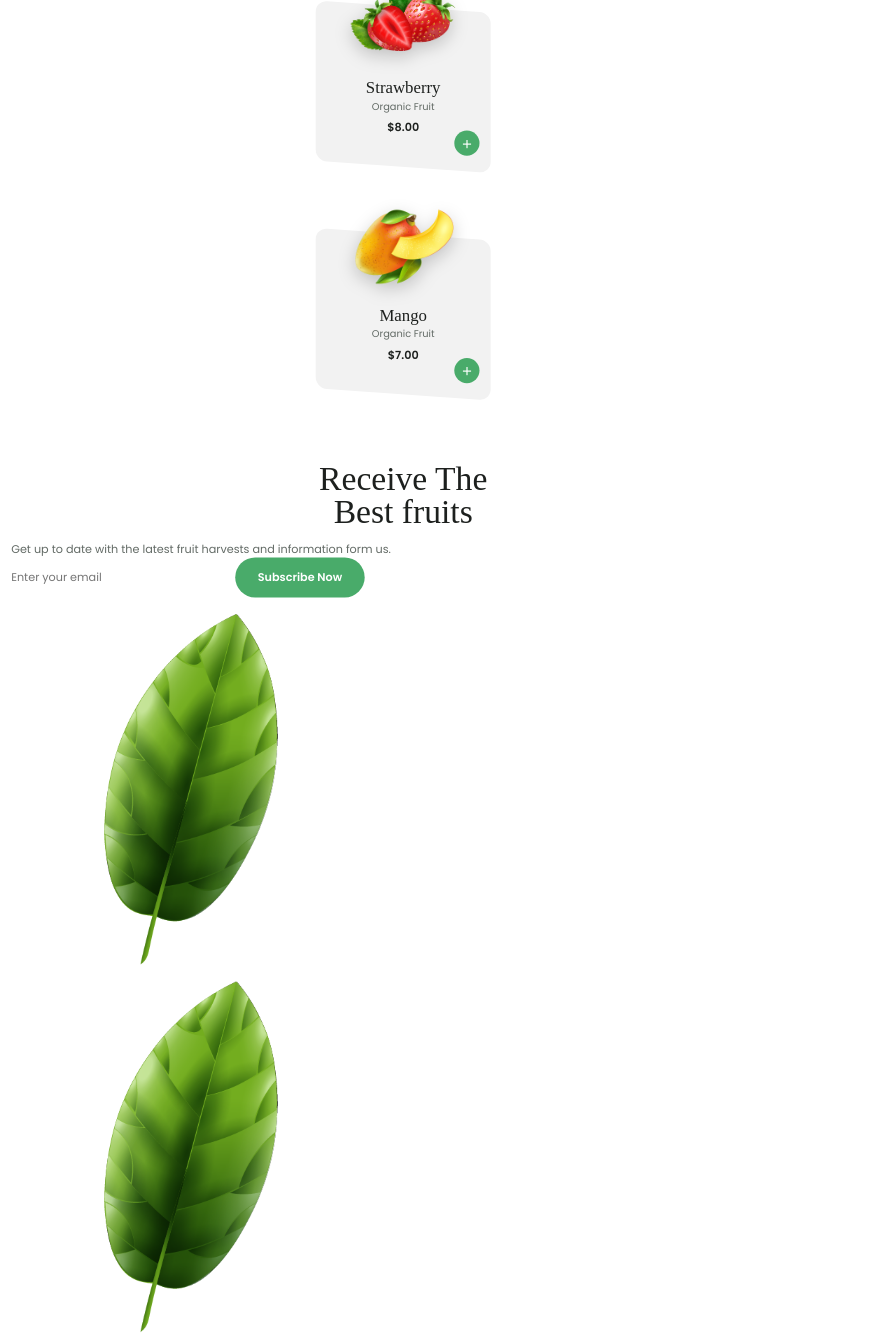
Repository: dinhhaidh/fruit
Page: index.html
These files come from the project's save history. The page is drawn as it stood at one moment and after a run of saves; the edit follows.
The browser window is 1280 px wide. The pictures show the part of the page from y = 3928 to 5848 px (the page is 5848 px tall before and 5089 px after), at 70% of full size.
Some web fonts or font styles are not loaded; a fallback is used.

Above is the page before, as saved 2024-02-19 09:46:41.
Console error: ReferenceError: ScrollReveal is not defined

### index.html
<!DOCTYPE html>
<html lang="en">
<head>
    <meta charset="UTF-8">
    <meta name="viewport" content="width=device-width, initial-scale=1.0">

    <!--=============== FAVICON ===============-->
    <link rel="shortcut icon" href="assets/img/favicon.png" type="image/x-icon">

    <!--=============== REMIXICONS ===============-->
    <link rel="stylesheet" href="https://cdnjs.cloudflare.com/ajax/libs/remixicon/3.5.0/remixicon.css" crossorigin="">

    <!--=============== CSS ===============-->
    <link rel="stylesheet" href="./css/style.css">

    <title>Responsive fruit website - Bedimcode</title>
</head>
<body>
    <!--==================== HEADER ====================-->
    <header class="header" id="header">
        <nav class="nav container">
            <a href="#" class="nav__logo">
                <img src="./img/logo.png" alt=""> Fruit
            </a>
            <div class="nav__menu" id="nav-menu">
                <ul class="nav__list">
                    <li class="nav__item">
                        <a href="#Home" class="nav__link">Home</a>
                    </li>
                    <li class="nav__item">
                        <a href="#enjoy" class="nav__link">About Us</a>
                    </li>
                    <li class="nav__item">
                        <a href="#popular" class="nav__link">Popular</a>
                    </li>
                    <li class="nav__item">
                        <a href="#join" class="nav__link">Join Us</a>
                    </li>
                </ul>

                <a href="#" class="nav__close" id="nav-close">
                    <i class="ri-close-line"></i>
                </a>

                <img src="./img/branch-2.png" alt="" class="nav__img-1">
                <img src="./img/fruit-line-1.png" alt="" class="nav__img-2">
            </div>

            <div class="nav__buttons">

                <i class="ri-moon-line theme__button" id="theme-button"></i>

                <div class="nav__toggle" id="nav-toggle">
                    <i class="ri-apps-2-line"></i>
                </div>
            </div>
        </nav>
    </header>

    <!--==================== MAIN ====================-->
    <main class="main">
        <!--==================== HOME ====================-->
        <section class="home section" id="home">
            <div class="home__container container grid">
                <div class="home__data">
                    <h1 class="home__title">Enjoy The <br>
                        Best Fresh <br>
                        Fruits
                    </h1>
                    <p class="home__desc">Enjoy the best organic fruits harvested with the best possible quality, obtaining unique and delicious favours</p>
                    <img src="./img/fruit-line-2.png" alt="image" class="home__fruit">
                    <a href="#" class="button">
                        Order Fruit Now
                    </a>
                </div>
                <img src="./img/home-fruits.png" alt="image" class="home__img">
            </div>
            <img src="./img/branch-2.png" alt="image" class="home__branch">
        </section>

        <!--==================== ENJOY ====================-->
        <section class="enjoy section">
            <h2 class="section__title">Eat And Enjoy</h2>
            <div class="enjoy__container container grid">
                <article class="enjoy__card">
                    <div class="enjoy__bg"></div>

                    <img src="./img/enjoy-1.png" alt="" class="enjoy__img">
                    <h3 class="enjoy__title">Healthy</h3>
                    <span class="enjoy__subtitle">Tropical Fruit</span>
                </article>
                <article class="enjoy__card">
                    <div class="enjoy__bg"></div>

                    <img src="./img/enjoy-2.png" alt="" class="enjoy__img">
                    <h3 class="enjoy__title">Healthy</h3>
                    <span class="enjoy__subtitle">Tropical Fruit</span>
                </article>
                <article class="enjoy__card">
                    <div class="enjoy__bg"></div>

                    <img src="./img/enjoy-3.png" alt="" class="enjoy__img">
                    <h3 class="enjoy__title">Healthy</h3>
                    <span class="enjoy__subtitle">Tropical Fruit</span>
                </article>
            </div>
        </section>

        <!--==================== ABOUT US ====================-->
        <section class="about section" id="about">
            <div class="about__container container grid">
                <div class="about__data">
                    <h2 class="section__title">
                        We Provide <br>
                        Healthy Fruits
                    </h2>
                    <p class="about__desc">Lorem ipsum dolor sit amet, consectetur adipisicing elit. Iusto voluptatum officia non dolores illum, hic necessitatibus sit? Sapiente, voluptatem nisi!</p>
                    <a href="#" class="button">Know More</a>
                    <img src="./img/fruit-line-1.png" alt="image" class="about__fruit">
                </div>
                <img src="./img/about-fruits.png" alt="image" class="about__img">
            </div>
            <img src="./img/branch-1.png" alt="image" class="about__branch">

        </section>

        <!--==================== POPULAR ====================-->
        <section class="popular section" id="popular">
            <h2 class="section__title">Popular Fruits</h2>
            <div class="popular__container container grid">
                <article class="popular__card">
                    <div class="popular__bg"></div>

                    <img src="./img/popular-1.png" alt="" class="popular__img">
                    <h2 class="popular__title">Apple</h2>
                    <span class="popular__subtitle">Organic Fruit</span>
                    <h3 class="popular__price">$4.00</h3>
                    <a href="#" class="popular__button button">
                        <i class="ri-add-line"></i>
                    </a>
                </article>
                <article class="popular__card">
                    <div class="popular__bg"></div>

                    <img src="./img/popular-2.png" alt="" class="popular__img">
                    <h2 class="popular__title">Watermelon</h2>
                    <span class="popular__subtitle">Organic Fruit</span>
                    <h3 class="popular__price">$7.00</h3>
                    <a href="#" class="popular__button button">
                        <i class="ri-add-line"></i>
                    </a>
                </article>

                <article class="popular__card">
                    <div class="popular__bg"></div>

                    <img src="./img/popular-3.png" alt="" class="popular__img">
                    <h2 class="popular__title">Pineapple</h2>
                    <span class="popular__subtitle">Organic Fruit</span>
                    <h3 class="popular__price">$5.00</h3>
                    <a href="#" class="popular__button button">
                        <i class="ri-add-line"></i>
                    </a>
                </article>

                <article class="popular__card">
                    <div class="popular__bg"></div>

                    <img src="./img/popular-4.png" alt="" class="popular__img">
                    <h2 class="popular__title">Banana</h2>
                    <span class="popular__subtitle">Organic Fruit</span>
                    <h3 class="popular__price">$3.00</h3>
                    <a href="#" class="popular__button button">
                        <i class="ri-add-line"></i>
                    </a>
                </article>

                <article class="popular__card">
                    <div class="popular__bg"></div>

                    <img src="./img/popular-5.png" alt="" class="popular__img">
                    <h2 class="popular__title">Strawberry</h2>
                    <span class="popular__subtitle">Organic Fruit</span>
                    <h3 class="popular__price">$8.00</h3>
                    <a href="#" class="popular__button button">
                        <i class="ri-add-line"></i>
                    </a>
                </article>

                <article class="popular__card">
                    <div class="popular__bg"></div>

                    <img src="./img/popular-6.png" alt="" class="popular__img">
                    <h2 class="popular__title">Mango</h2>
                    <span class="popular__subtitle">Organic Fruit</span>
                    <h3 class="popular__price">$7.00</h3>
                    <a href="#" class="popular__button button">
                        <i class="ri-add-line"></i>
                    </a>
                </article>

            </div>
        </section>

        <!--==================== JOIN US ====================-->
        <section class="join section" id="join">
            <div class="join__container container grid">
                <div class="join__content grid">
                    <div class="join__data">
                        <h2 class="section__title">Receive The <br>
                            Best fruits</h2>
                            <p class="join__desc">
                                Get up to date with the latest fruit harvests and information form us.
                            </p>
                            <form action="">
                                <input type="email" placeholder="Enter your email" class="join__input">
                                <a href="#" class="join__button button">Subscribe Now</a>
                            </form>
                    </div>
                </div>
                <img src="./img/leaf.png" alt="" class="join__img-1">
                <img src="./img/leaf.png" alt="" class="join__img-2">
            </div>

        </section>
    </main>

    <!--==================== FOOTER ====================-->
    <footer class="footer">

    </footer>

    <!--========== SCROLL UP ==========-->


    <!--=============== SCROLLREVEAL ===============-->
    <script src=""></script>

    <script src="https://code.jquery.com/jquery-3.7.1.slim.min.js"></script>

    <!--=============== MAIN JS ===============-->
    <script src="./js/main.js"></script>
</body>
</html>

### css/style.css
/*=============== GOOGLE FONTS ===============*/
@import url("https://fonts.googleapis.com/css2?family=Cherry+Bomb+One&family=Poppins:wght@400;500;600&display=swap");

/*=============== VARIABLES CSS ===============*/
:root {
  --header-height: 3.5rem;

  /*========== Colors ==========*/
  /*Color mode HSL(hue, saturation, lightness)*/
  --first-color: hsl(140, 40%, 48%);
  --first-color-alt: hsl(140, 40%, 44%);
  --title-color: hsl(140, 4%, 12%);
  --text-color: hsl(140, 4%, 40%);
  --text-color-light: hsl(140, 4%, 64%);
  --white-color: hsl(0, 0%, 100%);
  --body-color: hsl(0, 0%, 100%);
  --container-color: hsl(0, 0%, 95%);
  --shadow-img: drop-shadow(0 8px 12px hsla(0, 0%, 0%, .2));
  --filter-img: invert(1);

  /*========== Font and typography ==========*/
  /*.5rem = 8px | 1rem = 16px ...*/
  --body-font: "Poppins", sans-serif;
  --second-font: "Cherry Bomb One", cursive;
  --biggest-font-size: 3rem;
  --big-font-size: 2rem;
  --h1-font-size: 1.5rem;
  --h2-font-size: 1.25rem;
  --h3-font-size: 1rem;
  --normal-font-size: .938rem;
  --small-font-size: .813rem;

  /*========== Font weight ==========*/
  --font-regular: 400;
  --font-medium: 500;
  --font-semi-bold: 600;

  /*========== z index ==========*/
  --z-tooltip: 10;
  --z-fixed: 100;
}

/*========== Responsive typography ==========*/
@media screen and (min-width: 1150px) {
  :root {
    --biggest-font-size: 5.5rem;
    --big-font-size: 3rem;
    --h1-font-size: 2.25rem;
    --h2-font-size: 1.5rem;
    --h3-font-size: 1.25rem;
    --normal-font-size: 1rem;
    --small-font-size: .875rem;
  }
}

/*=============== BASE ===============*/
* {
  box-sizing: border-box;
  padding: 0;
  margin: 0;
}

html {
  scroll-behavior: smooth;
}

body,
input,
button {
  font-family: var(--body-font);
  font-size: var(--normal-font-size);
}

body {
  background-color: var(--body-color);
  color: var(--text-color);
  transition: background-color .4s;
}

input,
button {
  border: none;
  outline: none;
}

h1, h2, h3, h4 {
  color: var(--title-color);
  font-weight: var(--font-medium);
  line-height: 100%;
}

ul {
  list-style: none;
}

a {
  text-decoration: none;
}

img {
  display: block;
  max-width: 100%;
  height: auto;
}

/*=============== THEME ===============*/


/*========== Variables Dark Theme ==========*/



/*==========
	Color changes in some parts of
	the website, in dark theme
==========*/


/*=============== REUSABLE CSS CLASSES ===============*/
.container {
  max-width: 1120px;
  margin-inline: 1.5rem;
}

.grid {
  display: grid;
  gap: 1.5rem;
}

.section {
  padding-block: 5rem 1rem;
}

.section__title {
  font-size: var(--big-font-size);
  font-family: var(--second-font);
  text-align: center;
  margin-bottom: 1rem;
}

.main {
  overflow: hidden; /* For animation ScrollReveal */
}

/*=============== HEADER & NAV ===============*/
.header{
    position: fixed;
    width: 100%;
    top: 0;
    left: 0;
    background-color: var(--body-color);
    z-index: var(--z-fixed);
    transition: box-shadow .4s, background-color .4s;
}
.nav{
    height: var(--header-height);
    display:flex;
    align-items: center;
    justify-content: space-between;
}
.nav__close,
.nav__toggle,
.nav__logo{
    display:flex;
    align-items: center;
    justify-content: center;
    color: var(--title-color);
}
.nav__logo{
    column-gap: 0.25rem;
    font-family: var(--second-font);
    font-size: var(--h3-font-size);
}
.nav__logo img {
    width: 1.25rem;
}
.nav__link{
    color: var(--title-color);
    font-weight: var(--font-semi-bold);
    transition: color .4s;
}
.nav__link:hover{
    color: var(--first-color);
}
.nav__buttons{
    display: flex;
    column-gap: 1rem;
}

/* Navigation for mobile devices */
@media screen and (max-width: 1150px) {
    .nav__menu{
        position: fixed;
        width: 100%;
        top: -100%;
        left: 0;
        background-color: var(--body-color);
        box-shadow:  0 2px 16px hsla(0, 0%, 0%, .1);
        z-index: var(--z-fixed);
        padding-block: 4.5rem;
        transition: top .4s;
    }
    .nav__close{
        position: absolute;
        top: 1.2rem;
        right: 1.5rem;
    }
    .nav__list{
        display: flex;
        flex-direction: column;
        row-gap: 2.5rem;
        text-align: center;
    }
    .nav__img-1,
    .nav__img-2{
        position: absolute;
        filter: var(--filter-img);
    }
    .nav__img-1{
        top: -2.5rem;
        width: 150px;
        rotate: 180deg;
        left: -3.5rem;
    }
    .nav__img-2{
        width: 50px;
        bottom: 2.5rem;
        right: 2.5rem;
    }
}


/* Show menu */
.show-menu{
    top: 0;
}

/* Add shadow header */


/* Active link */


/*=============== HOME ===============*/
.home{
    position: relative;
}

.container{
    margin-inline: 1rem;
}

.home__container {
    padding-top: 2.5rem;
    row-gap: 2rem;
}
.home__data{
    position: relative;
    text-align: center;
}
.home__title{
    font-size: var(--biggest-font-size);
    font-family: var(--second-font);
    margin-bottom: 1rem;
}
.home__desc{
    margin-bottom: 2rem;
}
.button{
    display: inline-block;
    background-color: var(--first-color);
    color: var(--white-color);
    padding: 1rem 2rem;
    border-radius: 4rem;
    font-weight: var(--font-semi-bold);
    transition: box-shadow .4s;
}
.button:hover{
    box-shadow: 0 8px 24px hsla(140, 40%, 48%, .3);
}
.home__fruit,
.home__branch{
    position: absolute;
    filter: var(--filter-img);

}
.home__fruit{
    width: 40px;
    top: 6.75rem;
    left: 1rem;
}
.home__img{
    width: 320px;
    justify-self: center;
    filter: var(--shadow-img);
}
.home__branch{
    width: 120px;
    right: -3rem;
    bottom: 15rem;
}

/*=============== BUTTON ===============*/


/*=============== ENJOY ===============*/
.enjoy{

}

.enjoy__container{

}

.enjoy__card{
    position: relative;
    text-align: center;
    padding: 1.5rem 2.5rem;
}
.enjoy__bg{
    background-color: var(--container-color);
    width: 100%;
    height: 100%;
    position: absolute;
    top: 0;
    left: 0;
    border-radius: 1rem;
    transform: skew(4deg);
    transition: background-color .4s;
    z-index: -1;
}
.enjoy__img{
    width: 120px;
    margin: 0 auto;
    filter: var(--shadow-img);
    transition: transform .4s;
}
.enjoy__img:hover{
    transform: translateX(-.25rem);
}
.enjoy__title{
    font-family: var(--second-font);
    font-size: var(--h1-font-size);
    margin-bottom: 0.25rem;
}
.enjoy__subtitle{
    font-size: var(--small-font-size);
}

/*=============== ABOUT ===============*/
.about{
    position: relative;
}

.about__data{
    position: relative;
    text-align: center;
}

.about__desc{
    margin-bottom: 2rem;
}

.about__fruit,
.about__branch{
    position: absolute;
    filter: var(--filter-img);

}
.about__fruit{
    bottom: 2rem;
    right: 1rem;
    width: 40px;
}
.about__img{
    box-shadow: var(--shadow-img);
    width: 320px;
    justify-self: center;
}
.about__branch{
    width: 120px;
    bottom: 15rem;
    rotate: 60deg;
    left: -3.5rem;
}

/*=============== POPULAR ===============*/
.popular{

}

.popular__container{
    padding-top: 6rem;
    grid-template-columns: 250px;
    justify-content: center;
    row-gap: 6rem;
}

.popular__card{
    position: relative;
    text-align: center;
    padding-block: 6.5rem 3rem;
}
.popular__bg{
    width: 100%;
    height: 100%;
    position: absolute;
    top: 0;
    left: 0;
    background-color: var(--container-color);
    z-index: -1;
    transform: skewY(4deg);
    border-radius: 1rem;
    transition: background-color .4s;
}
.popular__img{
    margin: 0 auto 0.75rem;
    width: 150px;
    position: absolute;
    top: -4rem;
    left: 0;
    right: 0;
    filter: var(--shadow-img);
    transition: .4s;
}
.popular__title{
    font-size: var(--h2-font-size);
    font-family: var(--second-font);
    margin-bottom: 0.25rem;
}
.popular__subtitle{
    margin-bottom: 0.75rem;
    display: block;
    font-size: var(--small-font-size);
}
.popular__price{
    font-size: var(--normal-font-size);
    font-weight: var(--font-semi-bold);
}
.popular__button{
    width: 36px;
    height: 36px;
    padding: 8px;
    color: var(--white-color);
    place-items: center;
    font-size: 1.25rem;
    cursor: pointer;
    display: grid;
    font-weight: inherit;
    position: absolute;
    right: 1rem;
    bottom: 1rem;
}



/*=============== JOIN ===============*/
.join{

}
.section{

}
.join__container{

}
.container{

}
.grid{

}
.join__content{

}
.join__data{

}
.section__title{

}
.join__desc{

}
.join__input{

}
.join__button{

}
.button{

}
.join__img-1,
.join__img-2
.join__img-1{

}
.join__img-2{

}

/*=============== FOOTER ===============*/


/*=============== SCROLL BAR ===============*/


/*=============== SCROLL UP ===============*/


/* Show Scroll Up */


/*=============== BREAKPOINTS ===============*/
/* For small devices */


/* For medium devices */


/* For large devices */

### js/main.js
$(document).ready(function () {
  $("#nav-toggle").click(function(){
    $("#nav-menu").addClass("show-menu");
  });
  $("#nav-close").click(function(){
    $("#nav-menu").removeClass("show-menu");
  });
  $("#nav__link").click(function(){
    $('.active-link').removeClass("show-menu");
  });

  // khi kích vào nav__link nó sẽ ẳn đi
  $('.nav__item a').click(function(){
    $("#nav-menu").removeClass("show-menu");
  });
  //
  $(window).scroll(function(){
    $("#header").toggleClass("shadow-header", $(this).scrollTop() >= 50);
    $("#scroll-up").toggleClass("show-scroll", $(this).scrollTop() >= 350);

    // // active-link //
    // $('.active-link').addClass('nav__menu');

    /*=============== SCROLL SECTIONS ACTIVE LINK ===============*/
const sections = document.querySelectorAll('section[id]')

const scrollActive = () =>{
  	const scrollDown = window.scrollY

	sections.forEach(current =>{
		const sectionHeight = current.offsetHeight,
            sectionTop = current.offsetTop - 58,
            sectionId = current.getAttribute('id'),
            sectionsClass = document.querySelector('.nav__menu a[href*=' + sectionId + ']')

		if(scrollDown > sectionTop && scrollDown <= sectionTop + sectionHeight){
			sectionsClass.classList.add('active-link')
		}else{
			sectionsClass.classList.remove('active-link')
		}
	})
}
window.addEventListener('scroll', scrollActive)
  });
});


// dark-theme
$(document).ready( function(){
  $('#theme-button').click( function () {
      $('body').toggleClass('dark-theme');
      $('.ri-moon-line').toggleClass('ri-sun-line');
  });
});
//

/*=============== SCROLL REVEAL ANIMATION ===============*/
const sr = ScrollReveal({
  origin: 'top',
  distance: '60px',
  duration: 2500,
  delay: 400,
  // reset: true
})
sr.reveal(`.home__data, .join__container, .footer__container`) //hiệu ứng trên xuống
sr.reveal(`.home__img`,{origin: 'bottom'})
sr.reveal(`.enjoy__card, .popular__card`,{interval: 100}) //hiệu ứng trêm xuống lần lần từng giây
sr.reveal(`.about__data`,{origin: 'right'})
sr.reveal(`.about__img`,{origin: 'left'})

After the next 2 saves:
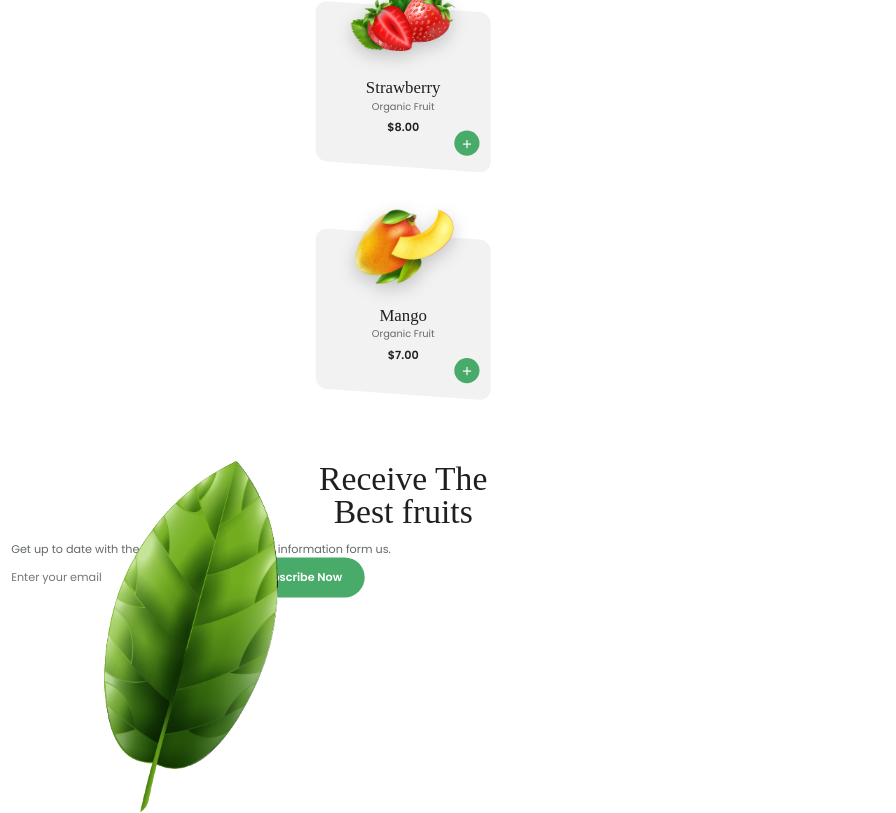
The 2 saves are shown as one change because they came seconds apart.
The last was saved 6 s later.
--- a/css/style.css
+++ b/css/style.css
@@ -492,7 +492,10 @@ img {
 
 }
 .join__img-1,
-.join__img-2
+.join__img-2{
+    position: absolute;
+
+}
 .join__img-1{
 
 }
